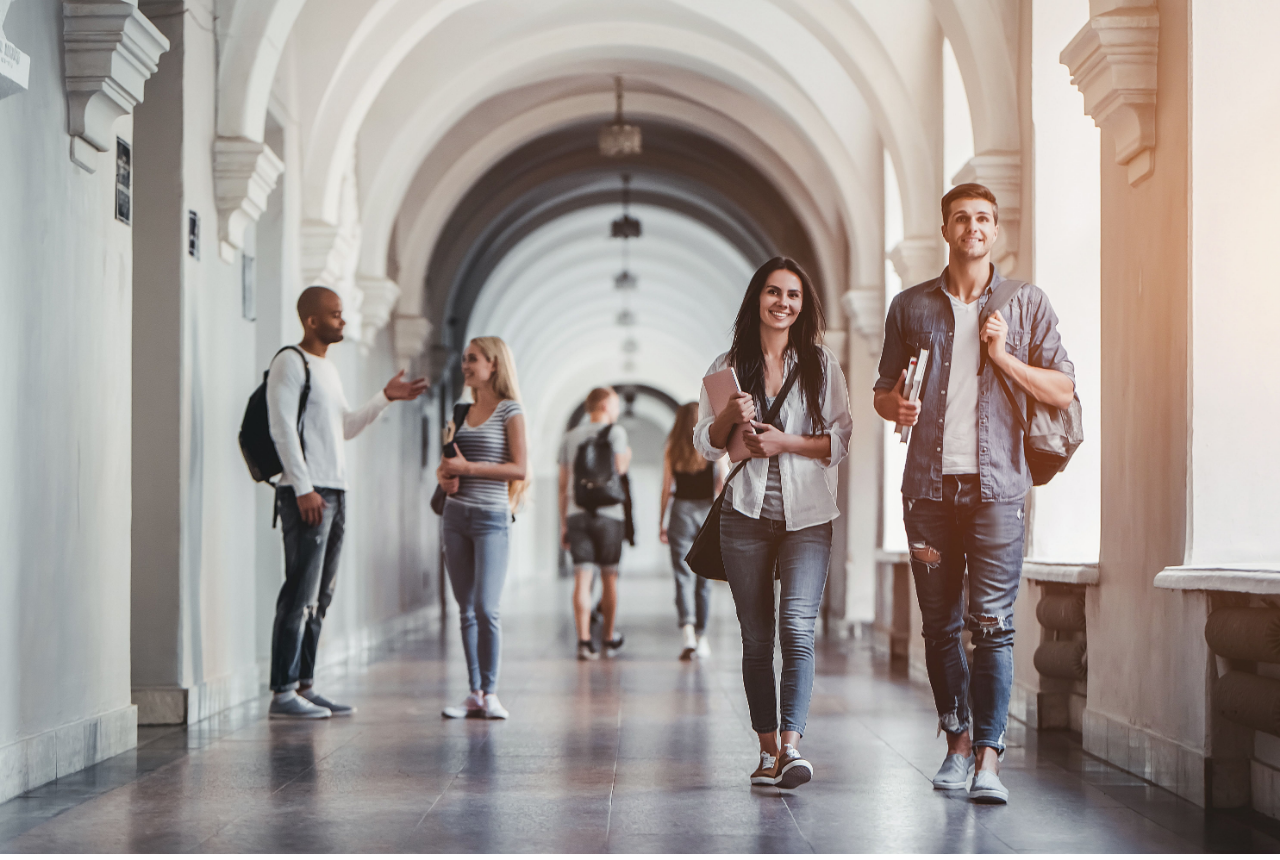
Repository: risa888/practice
Page: index.html
The author's editor kept a record of every edit. The page is drawn from the files as they stood at one moment, then again after the next edit.
The browser window is 1280 px wide. The pictures show the whole page.

Above is the page before.

### index.html
<!DOCTYPE html>
<html lang="ja">
  <head>
    <meta charset="UTF-8">
    <title>HTML/CSSの学習</title>
    <link rel="stylesheet" href="stylesheet.css">
  </head>
  <body>
    <div id="header">
    <h1><a href="index.html"><img id="corridor" src="images/samurai.jpg" alt="大学の廊下" /></a></h1>
</div>
    <div id="wrapper">
    </div>
  </body>
 </html>

### stylesheet.css
@charset "utf-8";

body {
	margin: 0;
	padding: 0;
	font-family: "ヒラギノ角ゴ Pro W3", "Hiragino Kaku Gothic Pro", "メイリオ", Meiryo, Osaka, "ＭＳ Ｐゴシック", "MS PGothic", sans-serif;
	color: #333;
	font-size: 13px;
	line-height: 150%;
}

/* -------------------- wrapper -------------------- */
#wrapper {
	width: 80%;
	margin: auto;
	padding: 0px;
	border: 0px;
	background-color: #FFF;
}
/* -------------------- header -------------------- */
#header {
	width: 100%;
}
#header h1 {
	margin: 0;
	padding: 0;
}

#corridor {
	width: 100%;
	height: auto;
}

/* -------------------- footer -------------------- */
#footer {
	clear: both;
	width: 100%;
	padding: 3px 0 3px 0;
	background: #39F;
	color: #FFF;
	font-weight: bold;
	text-align: center;
}

After the next edit:
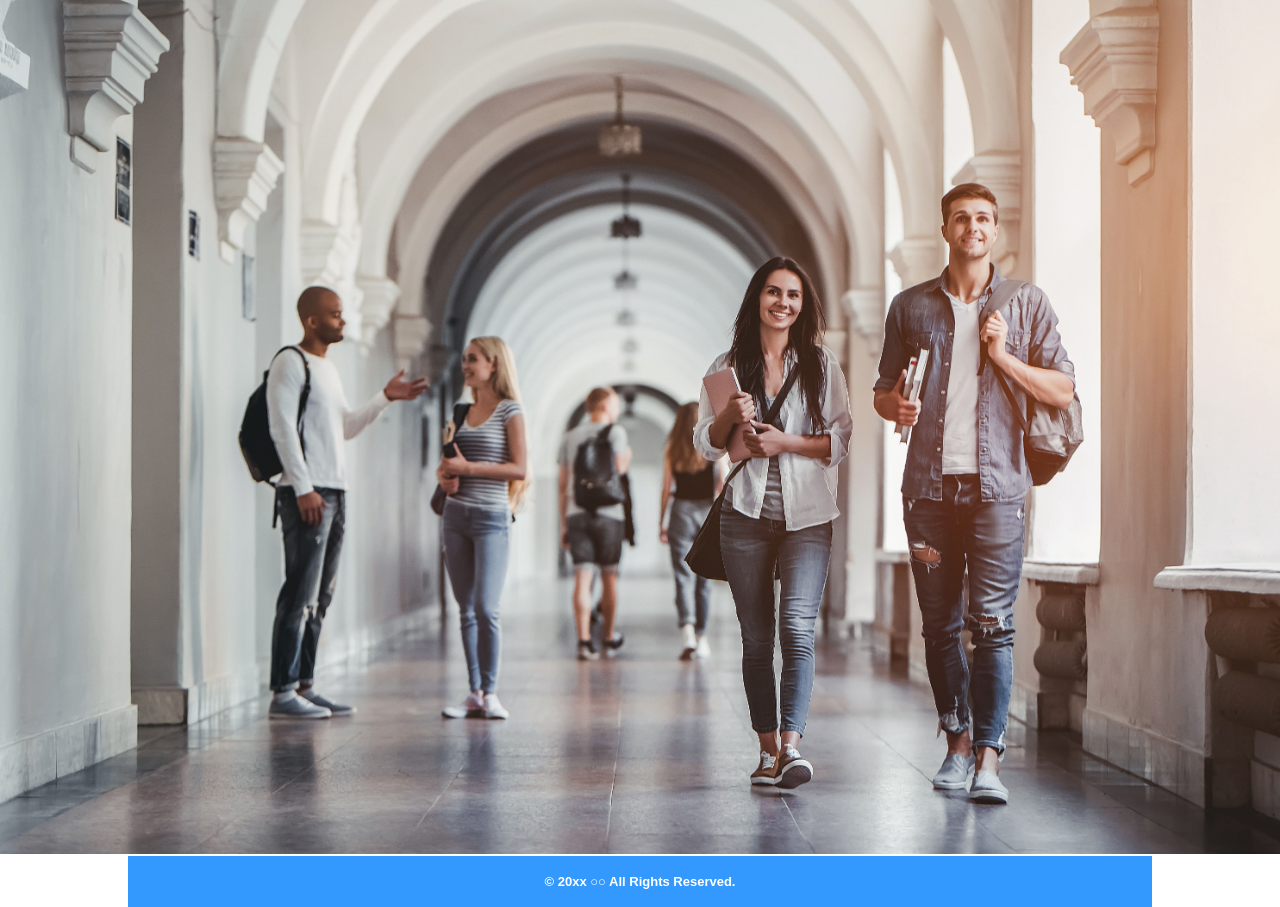
The edit:
--- a/index.html
+++ b/index.html
@@ -10,6 +10,9 @@
     <h1><a href="index.html"><img id="corridor" src="images/samurai.jpg" alt="大学の廊下" /></a></h1>
 </div>
     <div id="wrapper">
+    <div id="footer">
+    <p>&copy; 20xx ○○ All Rights Reserved.</p>
+</div>
     </div>
   </body>
  </html>
